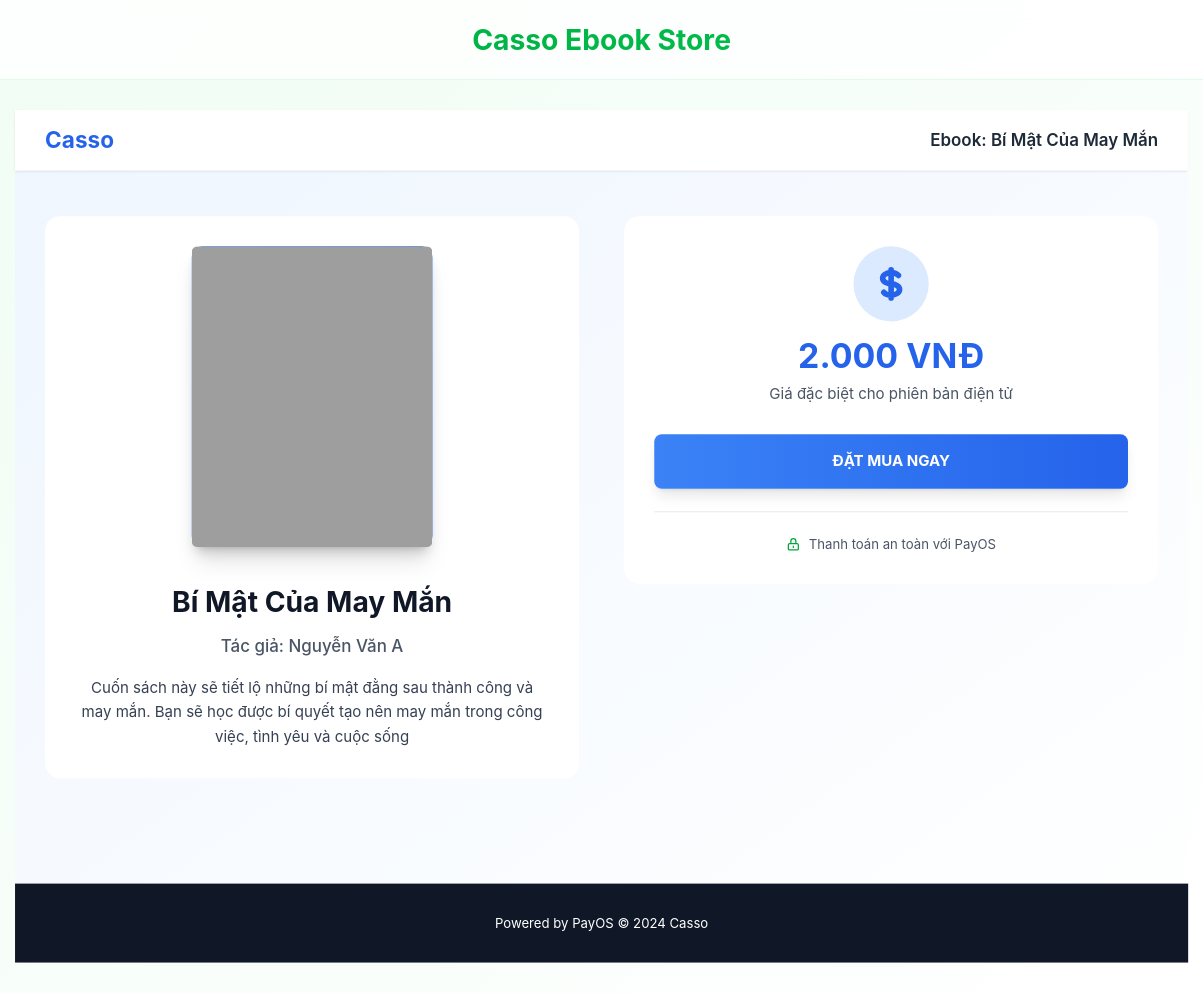
Repository: Donavfulish/Open-Banking-Website-Casso-Entry-Test-
Page: /
These files come from the project's save history. The page is drawn as it stood at one moment and after the next save; the edit follows.
The browser window is 1280 px wide. The pictures show the whole page, at 94% of full size.
Pictures or frames that could not be fetched are drawn as grey boxes. The project was rebuilt for these pictures with package versions that can differ from the ones it lists, and the page was loaded fresh each time. Also part of the build but not shown: vite.config.js, src/pages/SucessPage.jsx, src/pages/FailPage.jsx.

Above is the page before, as saved 2025-09-17 16:22:57.

After the next save:
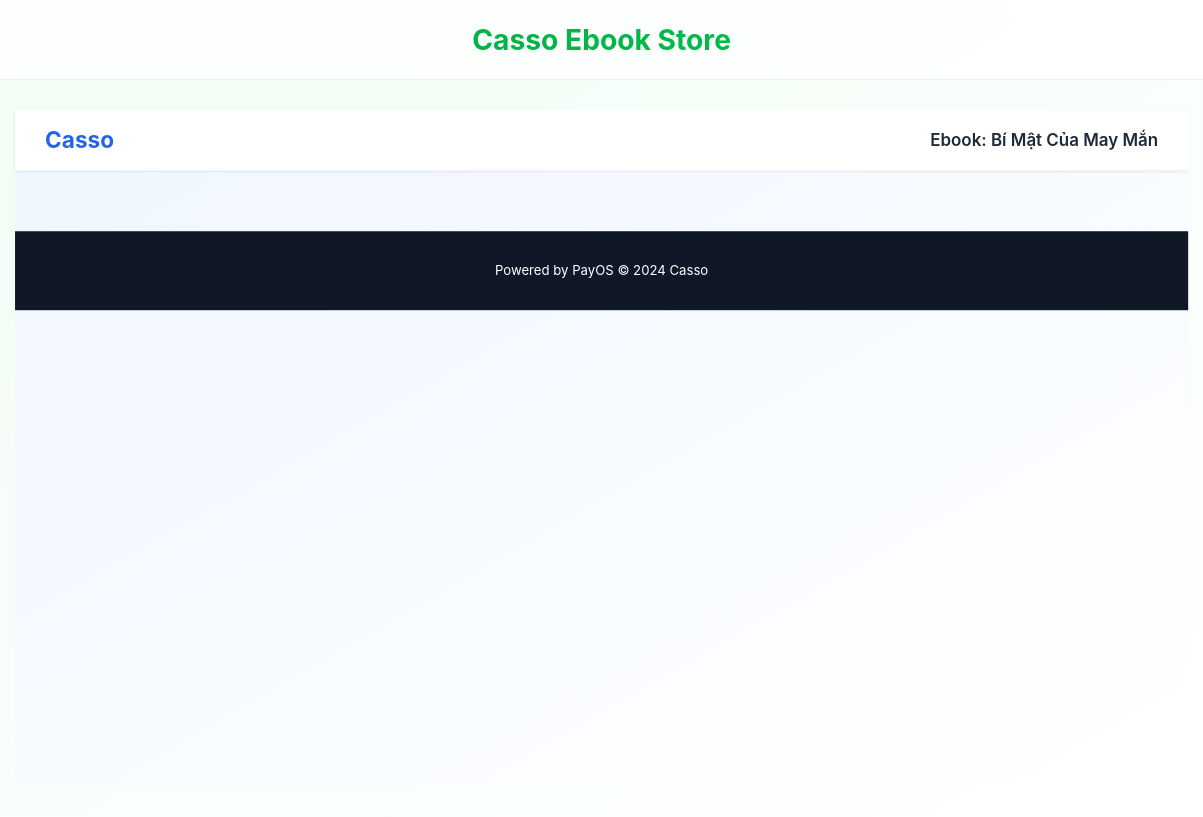
Saved 10 s later.
--- a/src/pages/HomePage.jsx
+++ b/src/pages/HomePage.jsx
@@ -47,93 +47,7 @@
       {/* Header */}
       <Header title={DataBook.title} company={DataPublic.company} />
 
-      {/* Main Content */}
-      <main className="max-w-7xl mx-auto px-4 sm:px-6 lg:px-8 py-8 sm:py-12">
-        <div className="grid grid-cols-1 lg:grid-cols-2 gap-8 lg:gap-12 items-start">
-          {/* Left Column - Ebook Info */}
-          <div className="space-y-6 animate-slide-up">
-            <div className="bg-white rounded-2xl shadow-soft p-6 sm:p-8">
-              {/* Ebook Cover */}
-              <div className="flex justify-center mb-6">
-                <div className="w-56 sm:w-64 h-72 sm:h-80 bg-gradient-to-br from-primary-500 to-primary-700 rounded-xl shadow-lg flex items-center justify-center transform hover:scale-105 transition-transform duration-300">
-                  <img
-                    src="https://res.cloudinary.com/djyicm00q/image/upload/v1758097877/%E1%BA%A2nh_ch%E1%BB%A5p_m%C3%A0n_h%C3%ACnh_2025-09-17_152943_q5u7wg.png"
-                    alt="bimatcuamayman"
-                    className="w-65 h-80 border-gray-300 border-md rounded-md shadow-xl"
-                  />
-                </div>
-              </div>
 
-              {/* Book Details */}
-              <div className="text-center space-y-4 mt-10">
-                <h1 className="text-2xl sm:text-3xl font-bold text-gray-900 text-balance font-inter">
-                  Bí Mật Của May Mắn
-                </h1>
-                <p className="text-lg text-gray-600 font-medium">Tác giả: Nguyễn Văn A</p>
-                <div className="prose prose-gray max-w-none">
-                  <p className="text-gray-700 leading-relaxed text-sm sm:text-base">
-                    Cuốn sách này sẽ tiết lộ những bí mật đằng sau thành công và may mắn. Bạn sẽ học được bí quyết tạo nên may mắn trong công việc, tình yêu và cuộc sống
-                  </p>
-                </div>
-              </div>
-            </div>
-          </div>
-
-          {/* Right Column - Purchase Form */}
-          <div className="space-y-6 animate-slide-up" style={{ animationDelay: "0.1s" }}>
-            <div className="bg-white rounded-2xl shadow-soft p-6 sm:p-8 sticky top-24">
-              {/* Price */}
-              <div className="text-center mb-8">
-                <div className="inline-flex items-center justify-center w-20 h-20 bg-primary-100 rounded-full mb-4">
-                  <svg className="w-18 h-18 text-primary-600" fill="none" stroke="currentColor" viewBox="0 0 24 24">
-                    <path
-                      strokeLinecap="round"
-                      strokeLinejoin="round"
-                      strokeWidth={2}
-                      d="M12 8c-1.657 0-3 .895-3 2s1.343 2 3 2 3 .895 3 2-1.343 2-3 2m0-8c1.11 0 2.08.402 2.599 1M12 8V7m0 1v8m0 0v1m0-1c-1.11 0-2.08-.402-2.599-1"
-                    />
-                  </svg>
-                </div>
-                <h3 className="text-3xl sm:text-4xl font-bold text-primary-600 mb-2 font-inter">2.000 VNĐ</h3>
-                <p className="text-gray-600 text-sm sm:text-base">Giá đặc biệt cho phiên bản điện tử</p>
-              </div>
-
-              {/* Purchase Form */}
-              <form onSubmit={handleSubmit} className="space-y-6">
-                <button
-                  type="submit"
-                  disabled={loading}
-                  className="w-full bg-gradient-to-r from-primary-500 to-primary-600 hover:from-primary-600 hover:to-primary-700 text-white font-bold py-4 px-6 rounded-lg transition-all duration-200 transform hover:scale-105 disabled:opacity-50 disabled:cursor-not-allowed disabled:transform-none font-inter shadow-lg hover:shadow-xl"
-                >
-                  {loading ? (
-                    <div className="flex items-center justify-center space-x-2">
-                      <div className="w-5 h-5 border-2 border-white border-t-transparent rounded-full animate-spin"></div>
-                      <span>Đang xử lý...</span>
-                    </div>
-                  ) : (
-                    "ĐẶT MUA NGAY"
-                  )}
-                </button>
-              </form>
-
-              {/* Security Badge */}
-              <div className="mt-6 pt-6 border-t border-gray-200">
-                <div className="flex items-center justify-center space-x-2 text-sm text-gray-600">
-                  <svg className="w-4 h-4 text-green-600" fill="none" stroke="currentColor" viewBox="0 0 24 24">
-                    <path
-                      strokeLinecap="round"
-                      strokeLinejoin="round"
-                      strokeWidth={2}
-                      d="M12 15v2m-6 4h12a2 2 0 002-2v-6a2 2 0 00-2-2H6a2 2 0 00-2 2v6a2 2 0 002 2zm10-10V7a4 4 0 00-8 0v4h8z"
-                    />
-                  </svg>
-                  <span>Thanh toán an toàn với PayOS</span>
-                </div>
-              </div>
-            </div>
-          </div>
-        </div>
-      </main>
 
       {/* Footer */}
       <footer className="bg-gray-900 text-white py-8 mt-16">
